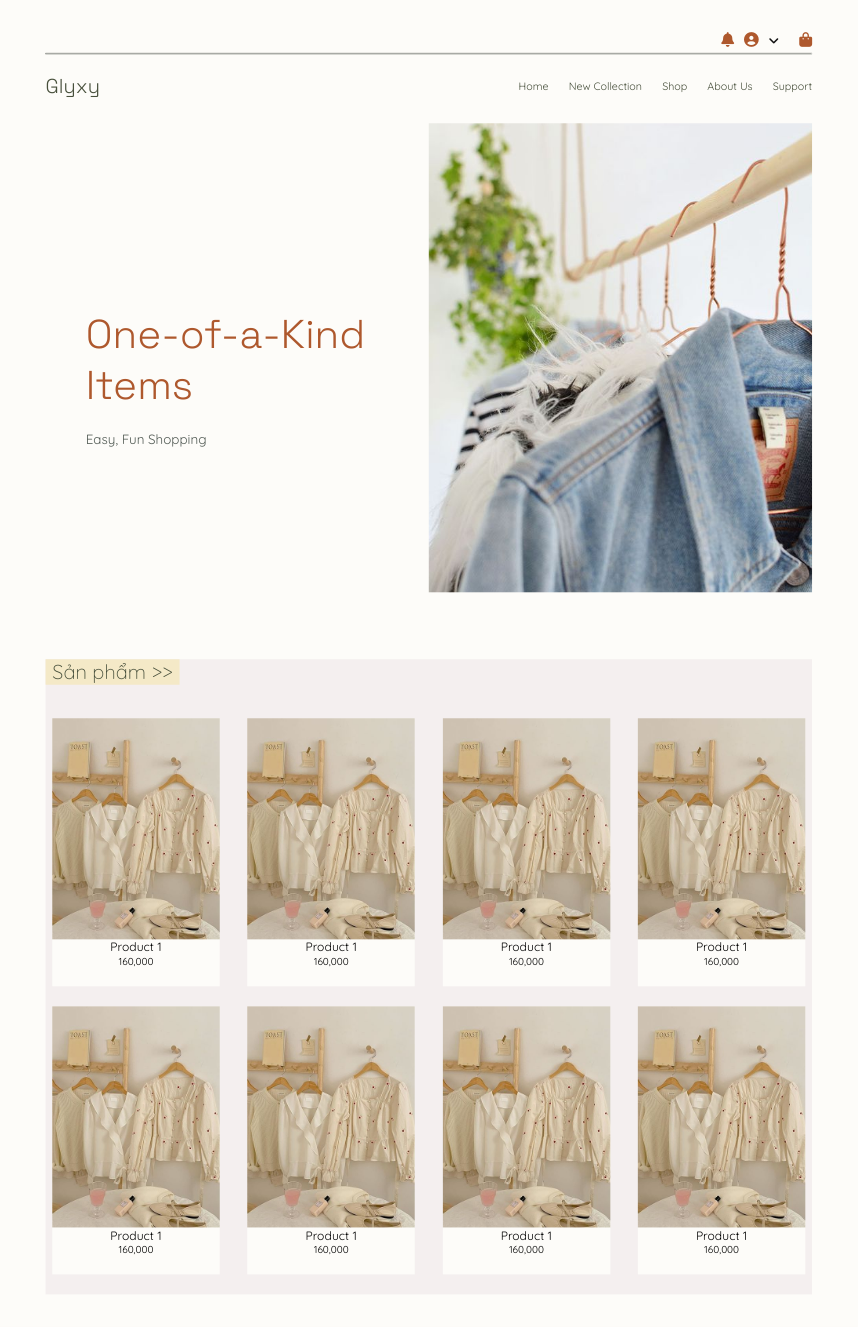
Repository: nganha241/store
Page: index.html
These files come from the project's save history. The page is drawn as it stood at one moment and after a run of saves; the edit follows.
The browser window is 1280 px wide. The pictures show the whole page, at 67% of full size.
Some web libraries are served in a nearby version.

Above is the page before, as saved 2022-04-16 18:12:43.

### index.html
<!DOCTYPE html>
<html lang="en">
  <head>
    <meta charset="UTF-8" />
    <meta http-equiv="X-UA-Compatible" content="IE=edge" />
    <meta name="viewport" content="width=device-width, initial-scale=1.0" />
    <title>Document</title>
    <link rel="stylesheet" href="style.css" />
  </head>
  <body>
    <div class="header">
      <div class="tools">
        <div class="notification">
          <i class="fa-solid fa-bell"></i>
        </div>
        <div class="account">
          <i class="fa-solid fa-circle-user"></i>
          <span><i class="fa-solid fa-angle-down"></i></span>
        </div>
        <div class="cart">
          <i class="fa-solid fa-bag-shopping"></i>
        </div>
      </div>
      <hr />
      <nav>
        <div class="logo"><a href="#">Glyxy</a></div>
        <ul class="menu">
          <li><a href="#">Home</a></li>
          <li><a href="#">New Collection</a></li>
          <li><a href="#">Shop</a></li>
          <li><a href="#">About Us</a></li>
          <li><a href="#">Support</a></li>
        </ul>
      </nav>
      <div class="banner">
        <div class="slogan">
          <h4>One-of-a-Kind Items</h4>
          <p>Easy, Fun Shopping</p>
        </div>
        <div class="img-banner">
          <img src="./img/banner.jpg" alt="" />
        </div>
      </div>
    </div>
    <div class="section">
      <div class="pro-title">
        <h2><a href="#">Sản phẩm >></a></h2>
      </div>
      <div class="products">
        <div class="card">
          <div class="pro-img">
            <img src="./img/products/p1.jpg" alt="" />
          </div>
          <div class="pro-name">Product 1</div>
          <div class="pro-price">160,000</div>
          <div class="add-cart">
            <button>Thêm vào giỏ hàng</button>
          </div>
        </div>
        <div class="card">
          <div class="pro-img">
            <img src="./img/products/p1.jpg" alt="" />
          </div>
          <div class="pro-name">Product 1</div>
          <div class="pro-price">160,000</div>
          <div class="add-cart">
            <i class="fas fa-shopping-cart"></i>
          </div>
        </div>
        <div class="card">
          <div class="pro-img">
            <img src="./img/products/p1.jpg" alt="" />
          </div>
          <div class="pro-name">Product 1</div>
          <div class="pro-price">160,000</div>
          <div class="add-cart">
            <i class="fas fa-shopping-cart"></i>
          </div>
        </div>
        <div class="card">
          <div class="pro-img">
            <img src="./img/products/p1.jpg" alt="" />
          </div>
          <div class="pro-name">Product 1</div>
          <div class="pro-price">160,000</div>
          <div class="add-cart">
            <i class="fas fa-shopping-cart"></i>
          </div>
        </div>
        <div class="card">
          <div class="pro-img">
            <img src="./img/products/p1.jpg" alt="" />
          </div>
          <div class="pro-name">Product 1</div>
          <div class="pro-price">160,000</div>
          <div class="add-cart">
            <i class="fas fa-shopping-cart"></i>
          </div>
        </div>
        <div class="card">
          <div class="pro-img">
            <img src="./img/products/p1.jpg" alt="" />
          </div>
          <div class="pro-name">Product 1</div>
          <div class="pro-price">160,000</div>
          <div class="add-cart">
            <i class="fas fa-shopping-cart"></i>
          </div>
        </div>
        <div class="card">
          <div class="pro-img">
            <img src="./img/products/p1.jpg" alt="" />
          </div>
          <div class="pro-name">Product 1</div>
          <div class="pro-price">160,000</div>
          <div class="add-cart">
            <i class="fas fa-shopping-cart"></i>
          </div>
        </div>
        <div class="card">
          <div class="pro-img">
            <img src="./img/products/p1.jpg" alt="" />
          </div>
          <div class="pro-name">Product 1</div>
          <div class="pro-price">160,000</div>
          <div class="add-cart">
            <i class="fas fa-shopping-cart"></i>
          </div>
        </div>
      </div>
    </div>
    <div class="footer"></div>

    <script
      src="https://kit.fontawesome.com/ae971d7ee0.js"
      crossorigin="anonymous"
    ></script>
    <script src="./main.js"></script>
  </body>
</html>

### style.css
@import url('https://fonts.googleapis.com/css2?family=Quicksand:wght@300;400;500;600;700&family=Space+Grotesk:wght@300;400&display=swap');

* {
    font-family: 'Quicksand', sans-serif;
    box-sizing: border-box;
}

body {
    background: #fdfcf9;
    position: relative;
    height: auto;
    padding: 40px 60px;
}

a {
    text-decoration: none;
}

li {
    list-style: none;
}

.header .tools {
    display: flex;
    justify-content: flex-end;
    gap: 15px;
}

.header .tools .notification,
.header .tools .account,
.header .tools .cart {
    cursor: pointer;
}

.header .tools .fa-solid {
    font-size: 22px;
    color: #ae582d;
}

.header .tools .account span .fa-solid{
    font-size: 18px;
    color: #111;
    margin-left: 10px;
    margin-right: 15px;
}

.header .tools .account:hover .fa-solid{
    color: #ae582d;
}

.header hr {
    background: #48503c;
}

.header nav {
    display: flex;
    width: 100%;
}

.header nav .logo {
    width: 50%;
    padding-top: 20px;
}

.header nav .logo a{
    font-family: 'Space Grotesk', sans-serif;
    font-size: 30px;
    color: #48503c;
    font-weight: 100;

}

.header nav .logo a:hover {
    color: #111;
}

.header nav .menu {
    display: flex;
    gap: 15px;
    padding-top: 7px;
    justify-content: flex-end;
    width: 50%;
}

.header nav .menu li {
    float: left;
}

.header nav .menu li a {
    display: block;
    padding: 6px 0px 0px 15px;
    color: #48503c;
}

.header nav .menu li:hover a {
    color: #111;
}

.header .banner {
    width: 100%;
    height: 700px;
    display: flex;
    align-items: center;
    margin-top: 30px;
    position: relative;
}

.header .banner .slogan {
    width: 50%;
    padding-left: 60px;
    padding-right: 20px;
}

.header .banner .slogan h4 {
    color: #ae582d;
    font-family: 'Space Grotesk', sans-serif;
    font-size: 60px;
    font-weight: 200;
}

.header .banner .slogan p {
    font-size: 20px;
    color: #515a54;
    margin-top: -50px;
}

.header .banner .img-banner{
    width: 50%;
    height: 100%;
}

.header .banner .img-banner img {
    width: 100%;
    height: 100%;
    object-fit: cover;
}



.section {
    height: auto;
    margin-top: 100px;
    background: rgb(244, 239, 239);
}

.section .pro-title{
    height: auto;
    width: 200px;
    background: #f4e9c7;
    text-align: center;
}

.section .pro-title h2 a{
    font-size: 30px;
    color: #48503c;
    font-weight: 200;
}

.section .products {
    display: flex;
    flex-wrap: wrap;
    justify-content: space-between;
    row-gap: 30px;
    padding: 30px 10px;
}

.section .products .card {
    width: 250px;
    height: 400px;
    background: #fdfcf9;
    text-align: center;
    cursor: pointer;
    transition: 0.4s;
    position: relative;
}

.section .products .card:hover {
    transform: scale(1.1 , 1.1);
    background: rgba(255, 255, 255, 0.4);

}

.section .products .card .pro-img {
    height: 330px;
}

.section .products .card .pro-img img{
    width: 100%;
    height: 100%;
    object-fit: cover;
}

.section .products .card .pro-name {
    font-size: 18px;
}

.section .products .card .pro-price {
    font-size: 15px;
}

.section .products .card .add-cart {
    /* visibility: hidden; */
    opacity: 0;
}

.section .products .card:hover .add-cart button {
    height: 40px;
    background: #ae582d;
    border: 0;
    cursor: pointer;
    transition: 0.4s;
    visibility: inherit;
    opacity: 1;
}

.section .products .card .add-cart button:hover {
    transform: scale(1.1);

}

### main.js
const banners = document.querySelectorAll(".img-banner .image img");
const slider = document.querySelector(".slider img");

let countIndex = 0;
let currentIndex;

// setInterval(
//   banners.forEach((banner, index) => {
//     currentIndex = countIndex;
//     countIndex = index;
//     console.log(currentIndex);
//     console.log(countIndex);
//     slider.src = banner.src;
//   }),
//   1000
// );

banners.forEach((banner) => {
  currentIndex = countIndex;
  countIndex++;
  console.log(currentIndex);
  console.log(countIndex);
  slider.src = banner.src;
});

After the next 2 saves:
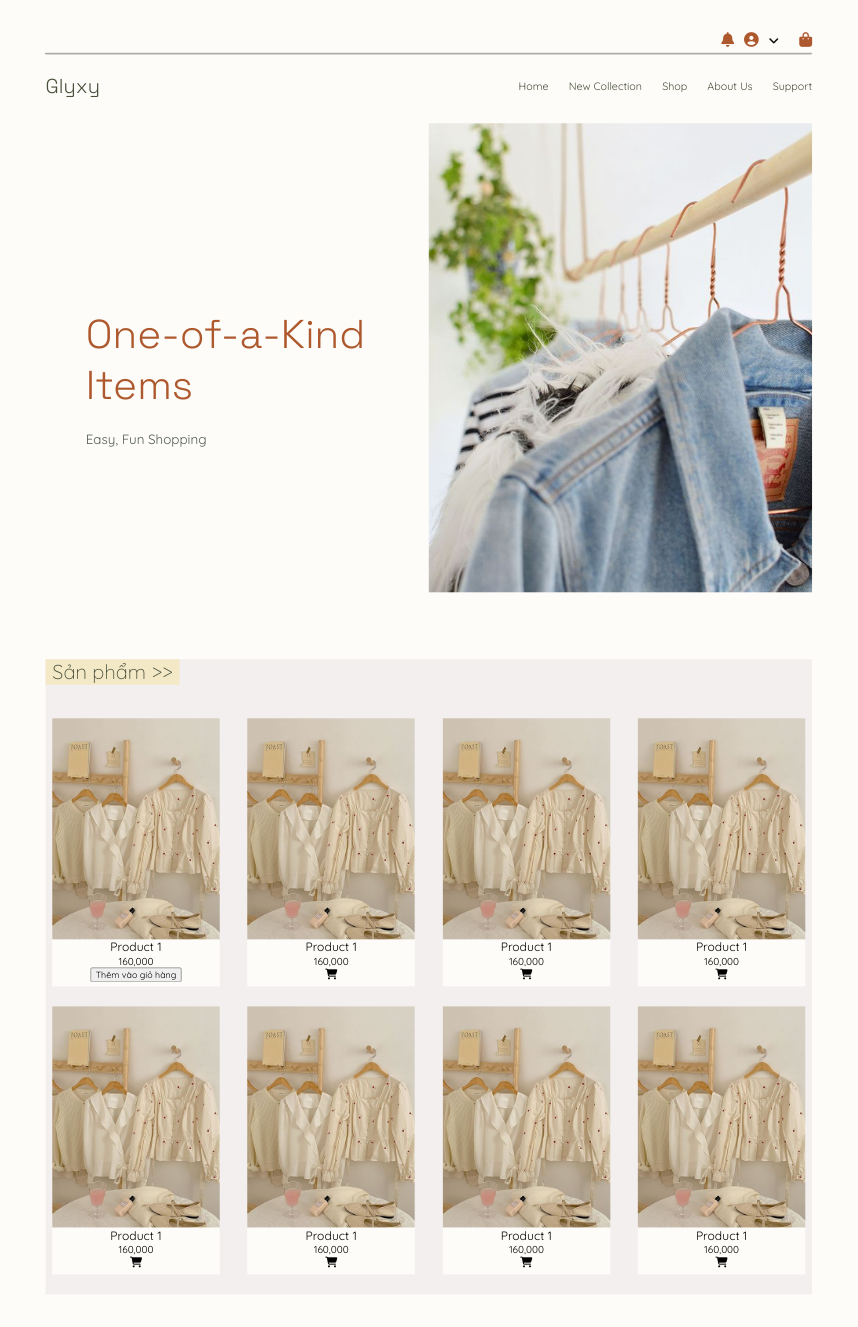
The 2 saves are shown as one change because they came seconds apart.
The last was saved 8 s later.
--- a/style.css
+++ b/style.css
@@ -200,7 +200,7 @@
 
 .section .products .card .add-cart {
     /* visibility: hidden; */
-    opacity: 0;
+    /* opacity: 0; */
 }
 
 .section .products .card:hover .add-cart button {
@@ -209,7 +209,7 @@
     border: 0;
     cursor: pointer;
     transition: 0.4s;
-    visibility: inherit;
+    /* visibility: inherit; */
     opacity: 1;
 }
 

After the save that followed:
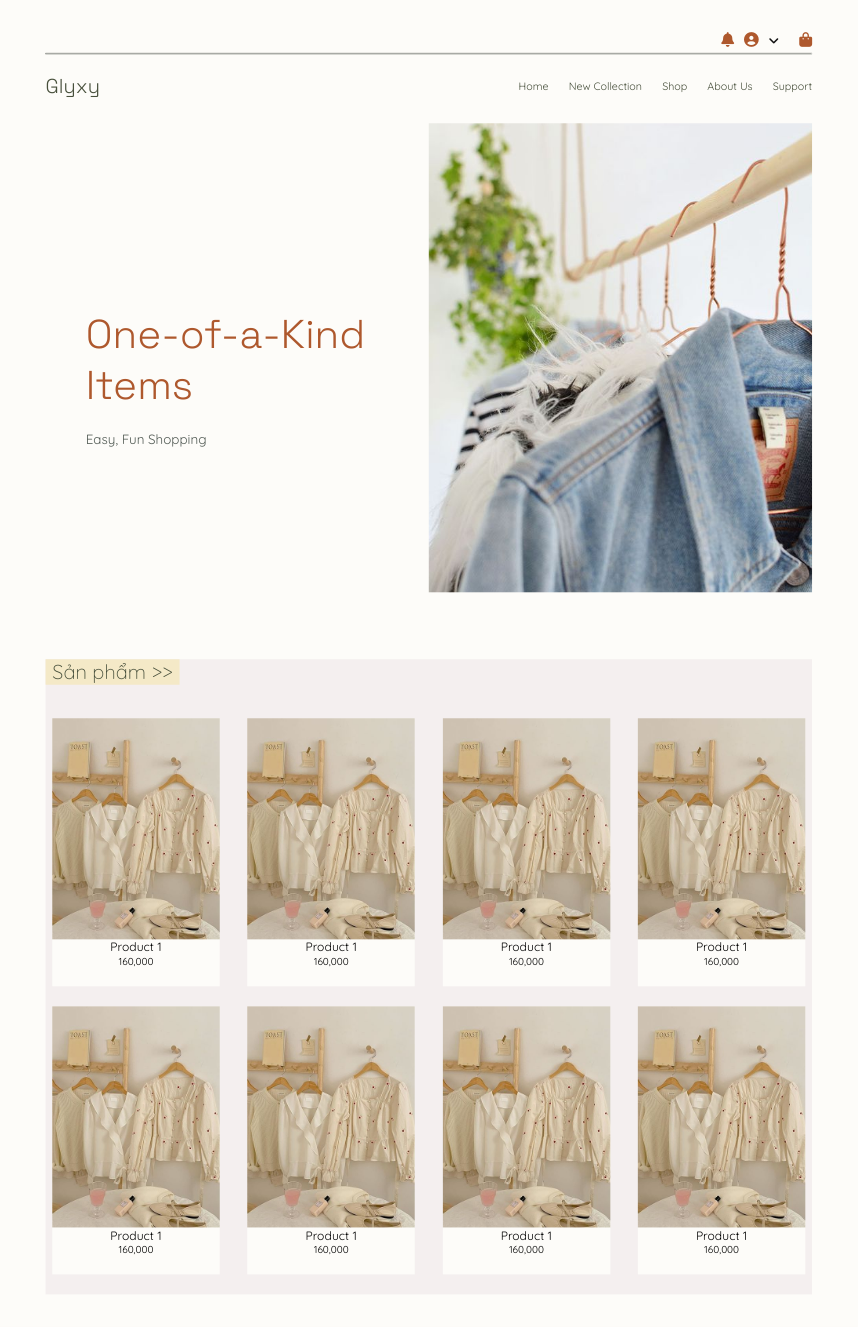
Saved 17 s later.
--- a/style.css
+++ b/style.css
@@ -200,7 +200,7 @@
 
 .section .products .card .add-cart {
     /* visibility: hidden; */
-    /* opacity: 0; */
+    opacity: 0;
 }
 
 .section .products .card:hover .add-cart button {
